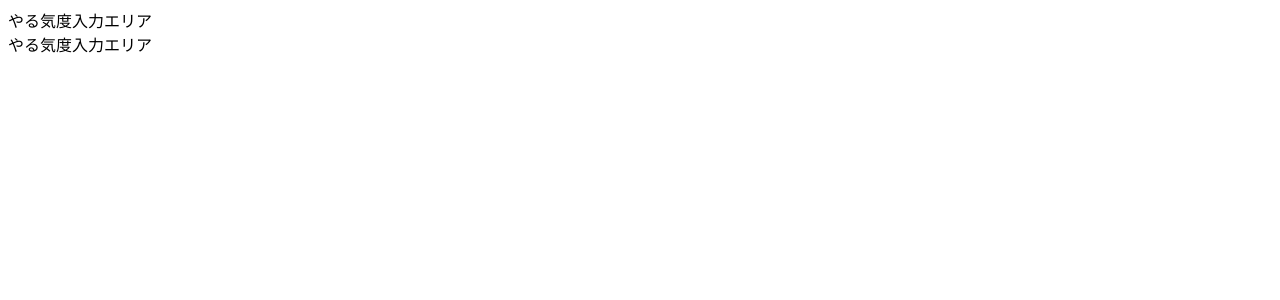
Repository: masa0306/god_forgiveness
Page: index.html
The author's editor kept a copy of each file at every save. The page is drawn from the files as they stood at one save, then again after the next save.
The browser window is 1280 px wide. The pictures show the whole page.

Above is the page before, as saved 2024-05-14 22:35:02.

After the next save:
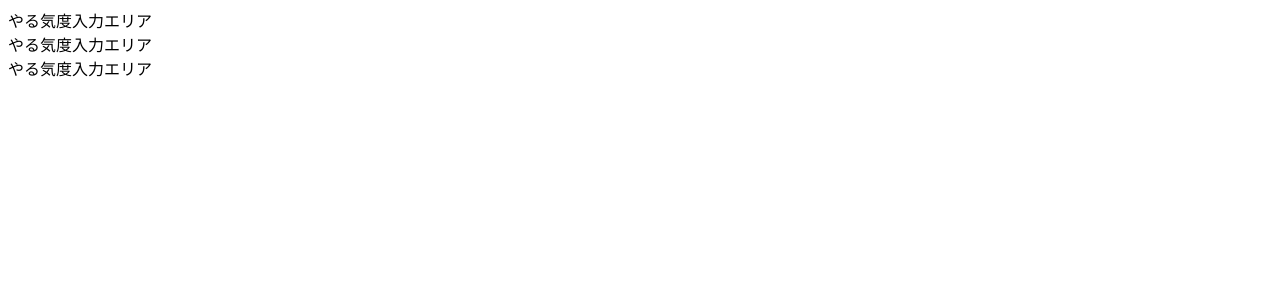
Saved 5 s later.
--- a/index.html
+++ b/index.html
@@ -9,6 +9,7 @@
     <!--  -->
     <div>やる気度入力エリア</div>
     <div>やる気度入力エリア</div>
+    <div>やる気度入力エリア</div>
     <script src="https://ajax.googleapis.com/ajax/libs/jquery/3.7.0/jquery.min.js"></script>
     <script src="/js/script.js"></script>
 
